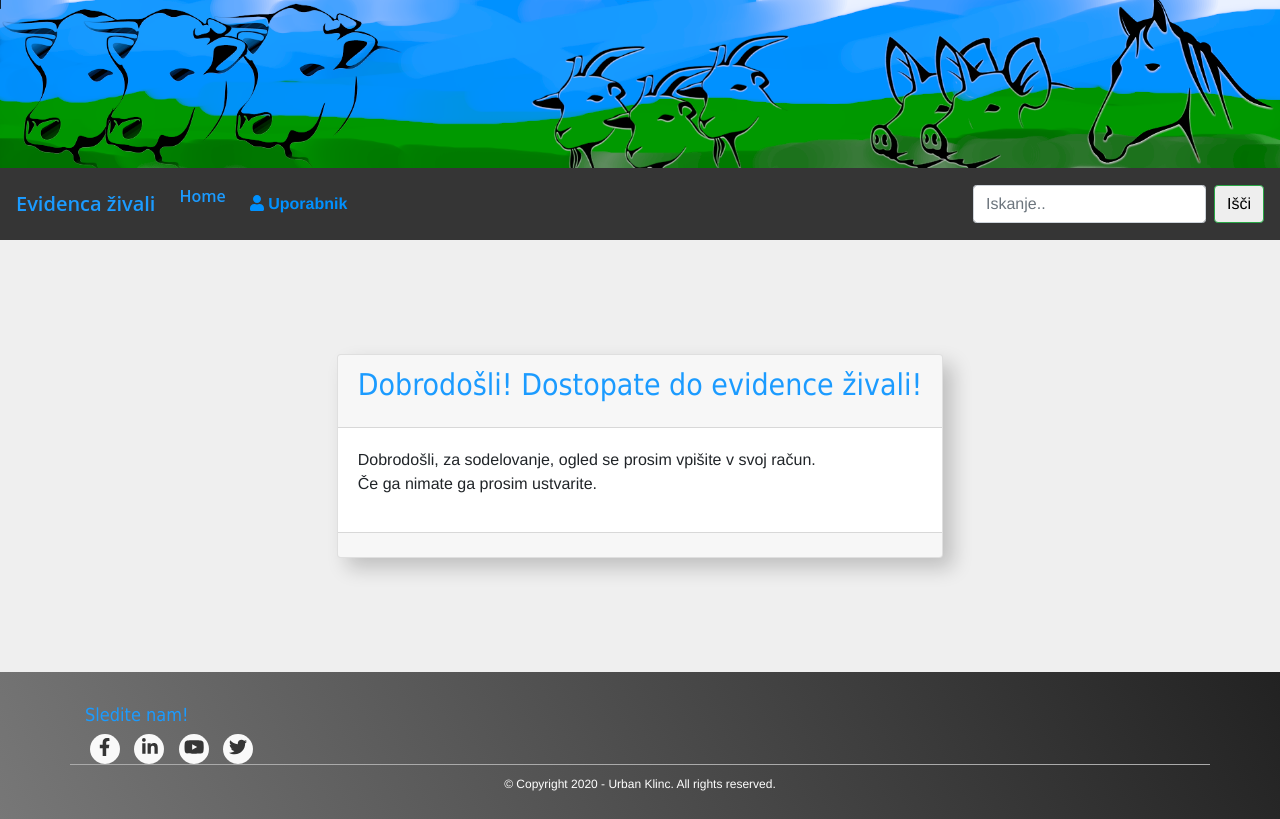
Repository: UrbyK/evidenca
Page: http://localhost/
An editor plug-in stored every save of this project. The page is shown before and after the next save, followed by the edit.
The browser window is 1280 px wide. The pictures show the whole page.
Some web fonts or font styles are not loaded; a fallback is used. Some web libraries are served in a nearby version. The page is run by PHP 8.4 with error messages shown; the project is at /var/www/html/.

Above is the page before, as saved 2020-06-09 11:49:04.

### index.php
<?php

    include('./functions.php');
    $pdo = pdo_connect_mysql();

    $page = isset($_GET['page']) && file_exists($_GET['page']. '.php') ? $_GET['page'] : 'home';
    include($page . '.php');
?>

### functions.php
<?php
    session_start();
    include('./inc/dbh.inc.php');

function template_header($title){
    include_once('./header.php');
}

function template_footer(){
    include_once('./footer.php');
}

function get_animal($idanimal){
    $pdo = pdo_connect_mysql();
    $stmt = $pdo->prepare("SELECT * FROM animals WHERE idanimals = $idanimal");
    $stmt->execute();
    $result = $stmt->fetchAll(PDO::FETCH_ASSOC);
    foreach($result as $item):
        echo $item['ear_tag'] ." ".$item['name'];
    endforeach;
}

function is_admin() {
    if (isset($_SESSION['admin']) && ($_SESSION['admin'] == 1)) {
        return true;
    }
    else {
        return false;
    }
}


?>

### inc/dbh.inc.php
<?php
function pdo_connect_mysql(){
    /* credentials */
    $dbHost = 'localhost';
    $dbUser = 'root';
    $dbPass = '';
    $dbName = 'evidenca_zivali';

    try{
        return new PDO('mysql:host=' . $dbHost . ';dbname=' . $dbName . ';charset=utf8', $dbUser, $dbPass);
    } catch (PDOException $exception) {
    	// If there is an error with the connection, stop the script and display the error.
    	die ('Failed to connect to database!'. $exception->getMessage());
    }
}
?>

### home.php
<?php

?>

<?=template_header("Home")?>

<div class="row justify-content-center home-row">
    <div class="card home-card">
        <div class="card-header">
            <h1 class="card-title">Dobrodošli! Dostopate do evidence živali!</h1>
        </div>
        <div class="card-body">
            Dobrodošli, za sodelovanje, ogled se prosim vpišite v svoj račun.
            <p>Če ga nimate ga prosim ustvarite.</p>
        </div>
        <div class="card-footer">

        </div>
    </div>
</div>
<?=template_footer()?>

### header.php
<!DOCTYPE htmL>
<html>
    <head>
        <meta charset="utf-8" content="text/html">
        <meta name="viewport" content="width=device-width, initi">

    <!-- JAVASCRIPT -->
        <script src="https://cdnjs.cloudflare.com/ajax/libs/javascript.util/0.12.12/javascript.util.min.js"
        integrity="sha256-eiohPQlDytO6qQO+k+xX6LyVgfXcTzlPCy9t/VjceYo="
        crossorigin="anonymous"></script>

    <!-- JQuery -->
        <script src="https://code.jquery.com/jquery-3.5.1.js"
        integrity="sha256-QWo7LDvxbWT2tbbQ97B53yJnYU3WhH/C8ycbRAkjPDc="
        crossorigin="anonymous"></script>

    <!-- BOOTSTRAP -->
        <link href="https://stackpath.bootstrapcdn.com/bootstrap/4.5.0/css/bootstrap.min.css"
        rel="stylesheet" integrity="sha384-9aIt2nRpC12Uk9gS9baDl411NQApFmC26EwAOH8WgZl5MYYxFfc+NcPb1dKGj7Sk"
        crossorigin="anonymous">
        <script src="https://stackpath.bootstrapcdn.com/bootstrap/4.5.0/js/bootstrap.min.js"
        integrity="sha384-OgVRvuATP1z7JjHLkuOU7Xw704+h835Lr+6QL9UvYjZE3Ipu6Tp75j7Bh/kR0JKI"
        crossorigin="anonymous"></script>
        <script src="https://stackpath.bootstrapcdn.com/bootstrap/4.5.0/js/bootstrap.bundle.min.js"
        integrity="sha384-1CmrxMRARb6aLqgBO7yyAxTOQE2AKb9GfXnEo760AUcUmFx3ibVJJAzGytlQcNXd"
        crossorigin="anonymous"></script>

    <!-- FONT AWSEMOE -->
        <script src="https://cdnjs.cloudflare.com/ajax/libs/font-awesome/5.12.1/js/all.min.js"
        integrity="sha256-MAgcygDRahs+F/Nk5Vz387whB4kSK9NXlDN3w58LLq0=" crossorigin="anonymous"></script>

    <!-- CSS -->
        <link rel="stylesheet" href="./css/style.css">

    <!-- Active menu item -->
        <script src="./js/active-menu.js" crossorigin="anonymous"></script>

    </head>

    <body>
        <header>
            <div class="banner"><img src="./DB/img/animal-banner.png" alt="banner"><!--<img src="https://via.placeholder.com/1900x250" alt="banner">--></div>
        </header>

       <!-- <nav class="navbar sticky-top navbar-expand-lg navbar-light bg-light ">-->
        <nav class="navbar sticky-top navbar-expand-lg">
            <a class="navbar-brand" href="./index.php">Evidenca živali</a>
            <button class="navbar-toggler" type="button" data-toggle="collapse" data-target="#navbarSupportedContent" aria-controls="navbarSupportedContent" aria-expanded="false" aria-label="Toggle navigation">
                <span class="navbar-toggler-icon"></span>
            </button>

            <div class="collapse navbar-collapse" id="navbarSupportedContent">
                <ul class="navbar-nav mr-auto">

                    <li class="nav-item">
                        <a class="nav-link" href="./index.php">Home <span class="sr-only">(current)</span></a>
                    </li>
                    <?php if(isset($_SESSION['user_id']) && !empty($_SESSION['user_id'])): ?>
                    <li class="nav-item">
                        <div class="dropdown">
                            <button class="dropbtn">Živali</button>
                            <div class="dropdown-content">
                                <a class="nav-link" href="./index.php?page=animals">Vse živali</a>
                            </div>
                        </div>
                    </li>
                    <?php endif; ?>

                    <li class="nav-item">
                        <div class="dropdown">
                            <button class="dropbtn"><i class="fas fa-user"></i> Uporabnik</button>
                            <div class="dropdown-content">
                                <?php if(empty($_SESSION['user_id'])): ?>
                                    <a class="nav-link" href="./index.php?page=login" title="Login"><i class="fas fa-sign-in-alt"></i></i> Prijava</a>
                                    <a class="nav-link" href="./index.php?page=register" title="Register"><i class="fas fa-user-plus"></i> Registracija</a>
                                <?php endif; ?>
                                <?php if(isset($_SESSION['user_id']) && !empty($_SESSION['user_id'])): ?>
                                    <a class="nav-link" href="./index.php?page=profile" title="Profil"><i class="fas fa-address-card"></i> Profil</a>
                                    <a class="nav-link" href="./index.php?page=animal-add" title="Dodaj žival">Dodaj žival</a>
                                    <a class="nav-link" href="./index.php?page=logout" title="Logout"><i class="fas fa-sign-out-alt"></i> Izpis</a>
                                <?php endif; ?>
                            </div>
                        </div>
                    </li>
                </ul>

                <form method="GET" class="form-inline my-2 my-lg-0 search-area" action="./search.php">
                    <input class="form-control mr-sm-2" type="text" name="search" placeholder="Iskanje..">
                    <button class="btn btn-outline-success my-2 my-sm-0" name="search_btn" type="submit">Išči</button>
                </form>
            </div>
        </nav>

    <div class="container-fluid">

### footer.php
</div>  <!-- container-fluid -->

<footer class="flow-footer" role="contentinfo">

<div class="footer-wrapper">
  <div class="container container-footer">
    <div class="row">
      <!--Column-->
      <div class="col-lg-6 col-md-6 col-sm-6 col-12">
        <div class="footer-pad">
        </div> <!-- footer-pad -->
      </div> <!-- col col-lg col-md col-sm -->
      <!-- Column end -->

      <div class=" col-12">

        <h4>Sledite nam!</h4>
        <ul class="social-network social-circle">
          <li><a href="https://www.facebook.com" target="_blank" class="icoFacebook" title="Facebook"><i class="fab fa-facebook-f"></i></a></li>
          <li><a href="https://www.linkedin.com" target="_blank" class="icoLinkedin" title="Linkedin"><i class="fab fa-linkedin-in"></i></a></li>
          <li><a href="https://www.youtube.com" target="_blank" class="icoYoutube" title="Youtube"><i class="fab fa-youtube"></i></a></li>
          <li><a href="https://twitter.com" target="_blank" class="icoTwitter" title="Twitter"><i class="fab fa-twitter"></i></a></li>
        </ul>
      </div> <!-- footer-pad -->
    </div> <!-- col col-lg col-md col-sm -->

  <div class="row">
    <div class="col-12 copy">
      <p class="text-center">&copy; Copyright 2020 - Urban Klinc.  All rights reserved.</p>
    </div>
  </div> <!-- row -->

  </div> <!-- container -->
</div><!-- footer-wrapper -->

</footer>

### css/style.css
@import url('http://fonts.googleapis.com/css?family=Oxygen+Mono');
@import url('https://fonts.googleapis.com/css?family=Damion|Neucha|Pacifico|Yellowtail&display=swap');
@import url('https://fonts.googleapis.com/css?family=Raleway:300,400,600');

* {
    text-decoration: none;
}

body{
    padding: 0;
    margin: 0 auto;
    font-size: 16px;
    font-family: 'Josefin Slab', Helvetica, Palatino, Verdana, sans-serif;
    background-color: #efefef;
}

a{
    color: #1b9bff;
    font-family: "Open Sans", Helvetica, sans-serif;

}

h1, h2, h3, h4, h5, h6{
    color: #1b9bff;
    font-family: 'Oxygen Mono', Tahoma, Arial, sans-serif;
/*font-family: 'Oxygen Mono', Tahoma, Arial, sans-serif;*/
}

h1{
    font-size: 30px;
}

h2{
    font-size: 26px;
}

h3{
    font-size: 22px;
}

h4{
    font-size: 18px;
}

h5{
    font-size: 14px;
}

h6{
    font-size: 10px;
}

/* ========= HEADER ======== */

/*Banner*/
header .banner{
    max-width: 100%;
    max-height: 250px;
    min-height: 50px;
    height: auto;
    position: relative;
    top: 0px;
    margin: 0 auto;
/*background-image: url(../img/animals-2222007_1920.jpg);*/
}

header .banner img{
    max-width: 100%;
    width: 100%;
    max-height: 250px;
    min-height: 50px;
    height: auto;
    position: relative;
    top: 0px;
    margin: 0 auto;
}

/* hide banner */
@media all and (max-width: 800px){
.banner{
    display: none;
    }
}

/* NAVBAR */

.navbar {
    background-color: #353535;
    color: #0091ff;
    font-weight: 600;
}

.active {
    border-bottom: 2px solid #1b9bff;
}

.navbar button {
    background-color: #eee;
    color: #010101;
    font-weight: 550;
}

.navbar button i {
    margin: auto;
}
.navbar .dropdown .dropbtn{
    background-color: inherit;
    color: inherit;
    font: inherit;
}

/* to override the existing css for "a" tag */
.navbar .active a {
    color: #fff;
}

#navbarToggler ul li {
    border-right: 1px solid #eee;
}

#navbarToggler ul li:last-child {
    border-right: none;
}

/* shoping cart icon */
.link-icons {
    display: flex;
    flex-grow: 1;
    flex-basis: 0;
    justify-content: flex-end;
    align-items: center;
    position: relative;
    max-width: 50px;
}
.link-icons a {
    text-decoration: none;
    color: #63748e;
    padding: 0 10px;
}
.link-icons a:hover {
    color: #8e97a5;
}
.link-icons a i {
    font-size: 18px;
}
.link-icons a span {
    display: inline-block;
    text-align: center;
    background-color: #63748e;
    border-radius: 50%;
    color: #FFFFFF;
    font-size: 12px;
    line-height: 16px;
    width: 16px;
    height: 16px;
    font-weight: bold;
    position: absolute;
    top: 22px;
    right: 0;
}

/* HOVER DROPDOWN */
.dropbtn {
    color: inherit;
    padding: 16px;
    font-size: 16px;
    border: none;
}

.dropbtn:hover {
    color: inherit;
}

/* The container <div> - needed to position the dropdown content */
.dropdown {
    position: relative;
    display: inline-block;
}

/* Dropdown Content (Hidden by Default) */
.dropdown-content {
    display: none;
    position: absolute;
    background-color: #757575;
    min-width: 160px;
    box-shadow: 0px 8px 16px 0px rgba(0,0,0,0.2);
    z-index: 1;
}

/* Links inside the dropdown */
.dropdown-content a {
    color: #fff;
    padding: 12px 16px;
    text-decoration: none;
    display: block;
}

/* Change color of dropdown links on hover */
.dropdown-content a:hover {
    background-color: #009900;
    color: #111;
}

/* Show the dropdown menu on hover */
.dropdown:hover .dropdown-content {
    display: block;
}

/* Change the background color of the dropdown button when the dropdown content is shown */
.dropdown:hover .dropbtn {
    background-color: #1b9bff;
    color: #fff;
}

/* FOOTER */
footer {
    background: #535355;
    background: -webkit-linear-gradient(63deg, #777777, #222222);
    background: linear-gradient(63deg, #777777, #222222);
    color: white;
    }

footer a {
    color: #fefefe;
    font-size: 14px;
    transition-duration: 0.2s;
}

footer a:hover {
    color: #1b9bff;
    text-decoration: none;
}

.copy {
    font-size: 12px;
    padding: 10px;
    border-top: 1px solid #aaa;
}

.footer-wrapper {
    padding-top: 2em;
    color: white;
}



/*SOCIAL ICONS*/
/* footer social icons */

ul.social-network {
    list-style: none;
    display: inline;
    margin-left: 0 !important;
    padding: 0;
}

ul.social-network li {
    display: inline;
    margin: 0 5px;
}


/* footer social icons */

.social-network a.icoFacebook:hover {
background-color: #3B5998;
}

.social-network a.icoLinkedin:hover {
background-color: #007bb7;
}

.social-network a.icoYoutube:hover {
    background-color: #FF0000;
}

.social-network a.icoTwitter:hover {
    background-color: #00aced;
}

.social-network a.icoFacebook:hover i,
.social-network a.icoLinkedin:hover i,
.social-network a.icoYoutube:hover i,
.social-network a.icoTwitter:hover i{
    color: #fff;
}

.social-network a.socialIcon:hover,
.socialHoverClass {
    color: #44BCDD;
}

.social-circle li a {
    display: inline-block;
    position: relative;
    margin: 0 auto 0 auto;
    -moz-border-radius: 50%;
    -webkit-border-radius: 50%;
    border-radius: 50%;
    text-align: center;
    width: 30px;
    height: 30px;
    font-size: 18px;
    color: #353535;
}

.social-circle li i {
    margin: 0;
    line-height: 30px;
    text-align: center;
}

.social-circle li a:hover {
    -moz-transform: rotate(360deg);
    -webkit-transform: rotate(360deg);
    -ms--transform: rotate(360deg);
    transform: rotate(360deg);
    -webkit-transition: all 0.6s;
    -moz-transition: all 0.6s;
    -o-transition: all 0.6s;
    -ms-transition: all 0.6s;
    transition: all 0.6s;
    color: #fff;
}

.social-circle i {
    color: #353535;
    -webkit-transition: all 0.8s;
    -moz-transition: all 0.8s;
    -o-transition: all 0.8s;
    -ms-transition: all 0.8s;
    transition: all 0.8s;
}
/* backgounf of icons when displayed */
.social-network a {
    background-color: #f9f9f9;
}


/* FORMS */
input{
    border: 1px solid #ced4da;
    border-radius: .20rem;
    transition: border-color .15s ease-in-out, box-shadow .15s ease-in-out;
}

/* LOGIN && REGISTRATION FORMS */

.my-form
{
    padding-top: 1.5rem;
    padding-bottom: 1.5rem;
    font-family: Raleway, sans-serif;
}

.my-form h1{
    font-family: inherit;
}

.my-form .row
{
    margin-left: 0;
    margin-right: 0;
}

.form-control{
    border: 1px solid #ced4da;
    border-radius: .20rem;
    transition: border-color .15s ease-in-out, box-shadow .15s ease-in-out;
}
.card {
    box-shadow: 10px 10px 20px rgba(0,0,0,0.2);
}

/* HOVER BOX */

.hvrbox,
.hvrbox * {
  box-sizing: border-box;
}

.hvrbox {
  position: relative;
  display: inline-block;
  overflow: hidden;

  height: 100%;
  width: auto;
  margin-top: 5%;
  padding-bottom: 10px;

  border-bottom: 1px dashed #aaa;
}

.hvrbox img {
  max-width: 100%;
  margin: auto;
}

.hvrbox .hvrbox-layer_bottom {
  display: block;
}

.hvrbox .hvrbox-layer_top {
  opacity: 0;
  position: absolute;
  top: 0;
  left: 0;
  right: 0;
  bottom: 0;
  width: 100%;
  height: 100%;
  background: rgba(0, 0, 0, 0.6);
  color: #fff;
  padding: 15px;
  -moz-transition: all 0.5s ease-in-out 0s;
  -webkit-transition: all 0.5s ease-in-out 0s;
  -ms-transition: all 0.5s ease-in-out 0s;
  transition: all 0.5s ease-in-out 0s;
}

.hvrbox:hover .hvrbox-layer_top,
.hvrbox.active .hvrbox-layer_top {
  opacity: 1;
  height: 100%;
}

.hvrbox .hvrbox-text {
  text-align: center;
  font-size: 17px;
  display: inline-block;
  position: absolute;
  top: 50%;
  left: 50%;
  -moz-transform: translate(-50%, -50%);
  -webkit-transform: translate(-50%, -50%);
  -ms-transform: translate(-50%, -50%);
  transform: translate(-50%, -50%);
}

.hvrbox .hvrbox-text_mobile {
  font-size: 15px;
  border-top: 1px solid rgb(179, 179, 179); /* for old browsers */
  border-top: 1px solid rgba(179, 179, 179, 0.7);
  margin-top: 5px;
  padding-top: 2px;
  display: none;
}

.hvrbox.active .hvrbox-text_mobile {
  display: block;
}

.hvrbox .hvrbox-layer_slideup {
  -moz-transform: translateY(100%);
  -webkit-transform: translateY(100%);
  -ms-transform: translateY(100%);
  transform: translateY(100%);
}

.hvrbox:hover .hvrbox-layer_slideup,
.hvrbox.active .hvrbox-layer_slideup {
  -moz-transform: translateY(0);
  -webkit-transform: translateY(0);
  -ms-transform: translateY(0);
  transform: translateY(0);
}

.hvrbox:hover .price{
  color: #fff;
  -moz-transition: color 0.8s ease 0s;
  -webkit-transition: color 0.8s ease 0s;
  -ms-transition: color 0.8s ease 0s;
  transition: color 0.8s ease 0s;
}

.btn-container{
    max-width: 300px;
    margin: 10px auto;
    text-align: center;
  }

  .btn.active, .btn:active {
    background: #cecece;
    text-decoration: none;
}

/* ANIMAL SHOW */
.animal-table{
    margin: 5px;
}
.animal-table table{
    width: 100%;
}

.animal-table table th{
    font-size: 20px;
    font-weight: 600;
}

.animal-table table,
.animal-table table tr td,
.animal-table table tr th{
    margin: 15px auto 0 auto;
    border: 2px solid #353535;
    box-shadow: 0 0 0 3px hsl(0, 0%, 70%);
    max-height: 150px;
}

.animal-table table td{
    min-width: 100px;
    max-height: 150px;

}


.animal-table{
	display: flex;
    padding: 15px 25px 15px 0px;
}

.animal img{
  max-width: 100%;
  margin: 0 auto;
  border: 2px solid #aaa;
  border-radius: 10px;
  align-content: center;
}

.animal-info{
  margin: auto 0;
  padding-right: 5%;
  padding-bottom: 55px;
  background-color: #efefef;
}

.animal-info h1 {
	font-size: 34px;
	font-weight: normal;
	margin: 0;
  padding: 20px 0 10px 0;
  color: #1b9bff;
  font-family:  'Franklin Gothic Medium', 'Arial Narrow', Arial, sans-serif;
}

.home-row{
    height: 60vh;
}

.home-card{
    margin: auto;
}

.table tr td{
    font-size: 18px;
    font-weight: 800;
}
.controls{
    margin-top: 10px;
}


.comments{
    margin-left: 25px;
    max-width: 750px;
}

.comments .card{
    width: 100%;
}

textarea#styled {
    max-width: 600px;
    width: 400px;
	height: 120px;
	border: 3px solid #cccccc;
	padding: 5px;
	font-family: Tahoma, sans-serif;
	background-image: url(bg.gif);
	background-position: bottom right;
	background-repeat: no-repeat;
}

/* COMMENTS */
.row .acomment{
    border: 1px solid #353535;
    box-shadow: 0px 8px 16px 0px rgba(0,0,0,0.2);
}
.checked{
    color: #009900;
}

### js/active-menu.js
$(function(){
    // this will get the full URL at the address bar
    var url = window.location.href;

    // passes on every "a" tag
    $(".navbar a").each(function() {
            // checks if its the same on the address bar
        if(url == (this.href)) {
            $(this).closest("li").addClass("active");
        }
    });
});

After the next save:
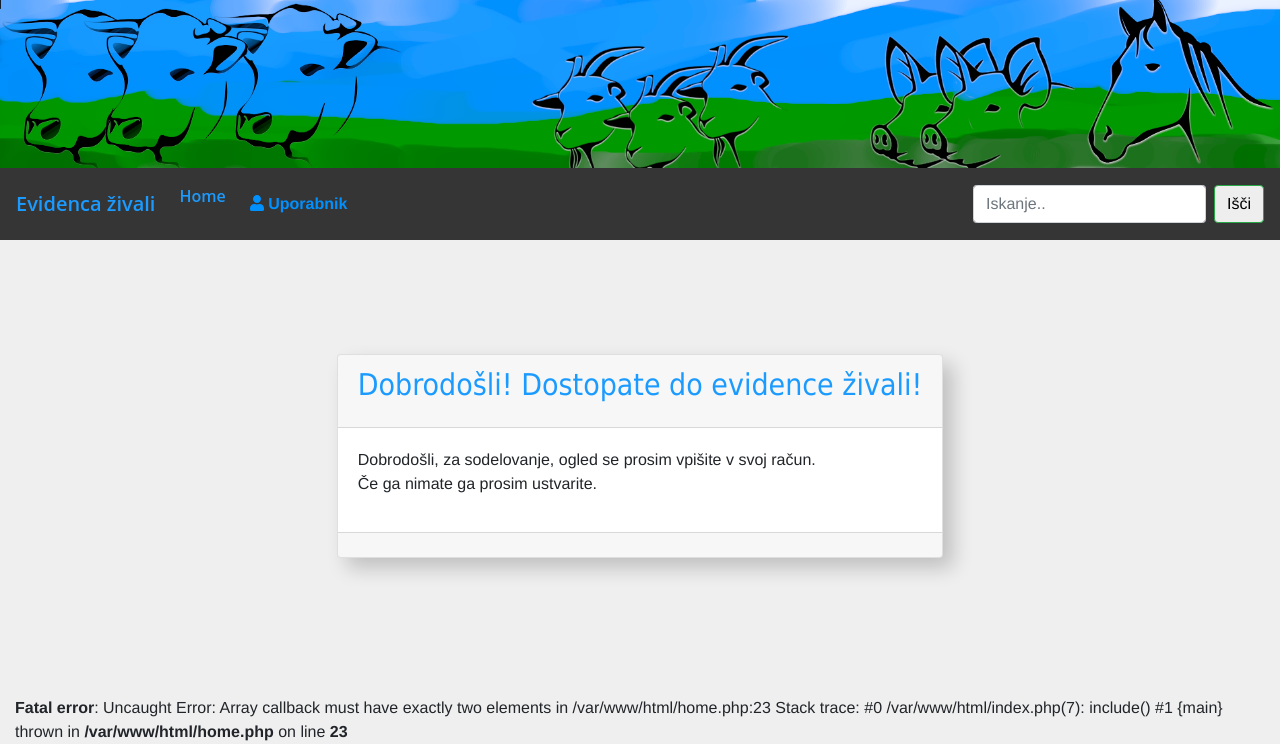
Saved 34 min 4 s later.
--- a/home.php
+++ b/home.php
@@ -18,4 +18,9 @@
         </div>
     </div>
 </div>
+
+<?php
+    print_r($_SESSION());
+?>
+
 <?=template_footer()?>

After the 2 saves that followed:
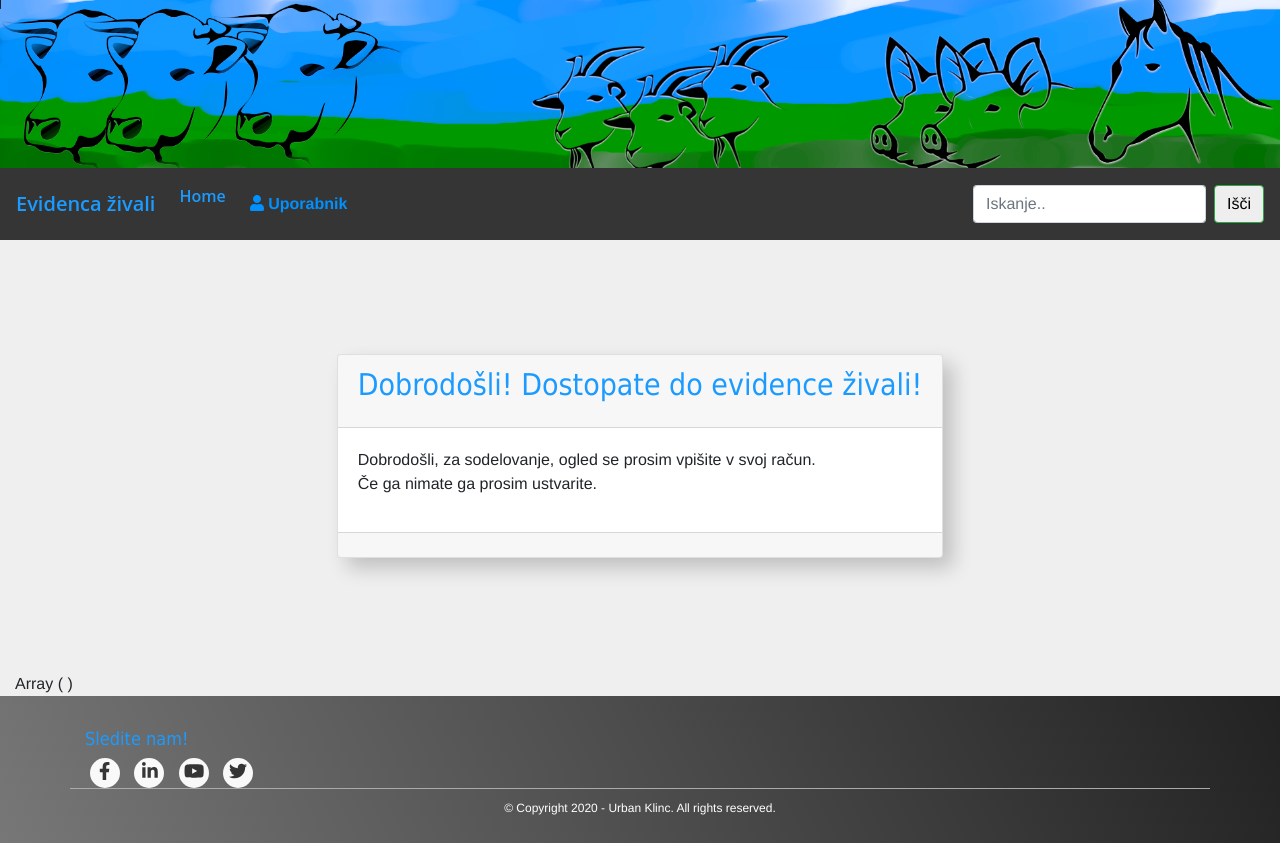
The 2 saves are shown as one change because they came seconds apart.
The last was saved 11 s later.
--- a/home.php
+++ b/home.php
@@ -20,7 +20,7 @@
 </div>
 
 <?php
-    print_r($_SESSION());
+    print_r($_SESSION);
 ?>
 
 <?=template_footer()?>
